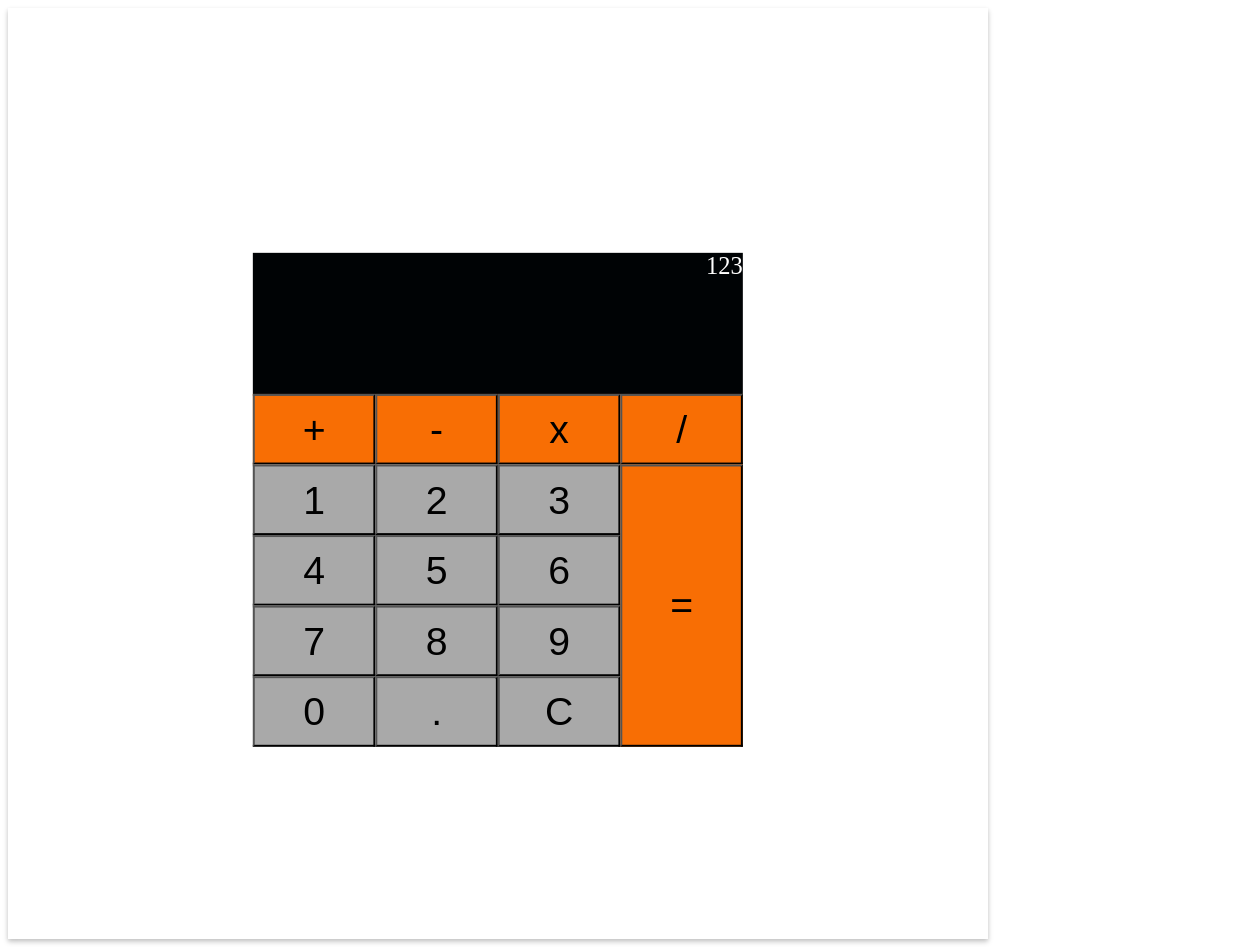
Repository: TEazy2433/LAB-calculator
Page: index.html
These files come from the project's save history. The page is drawn as it stood at one moment and after the next save; the edit follows.
The browser window is 1280 px wide. The pictures show the whole page, at 98% of full size.

Above is the page before, as saved 2023-10-14 11:50:23.

After the next save:
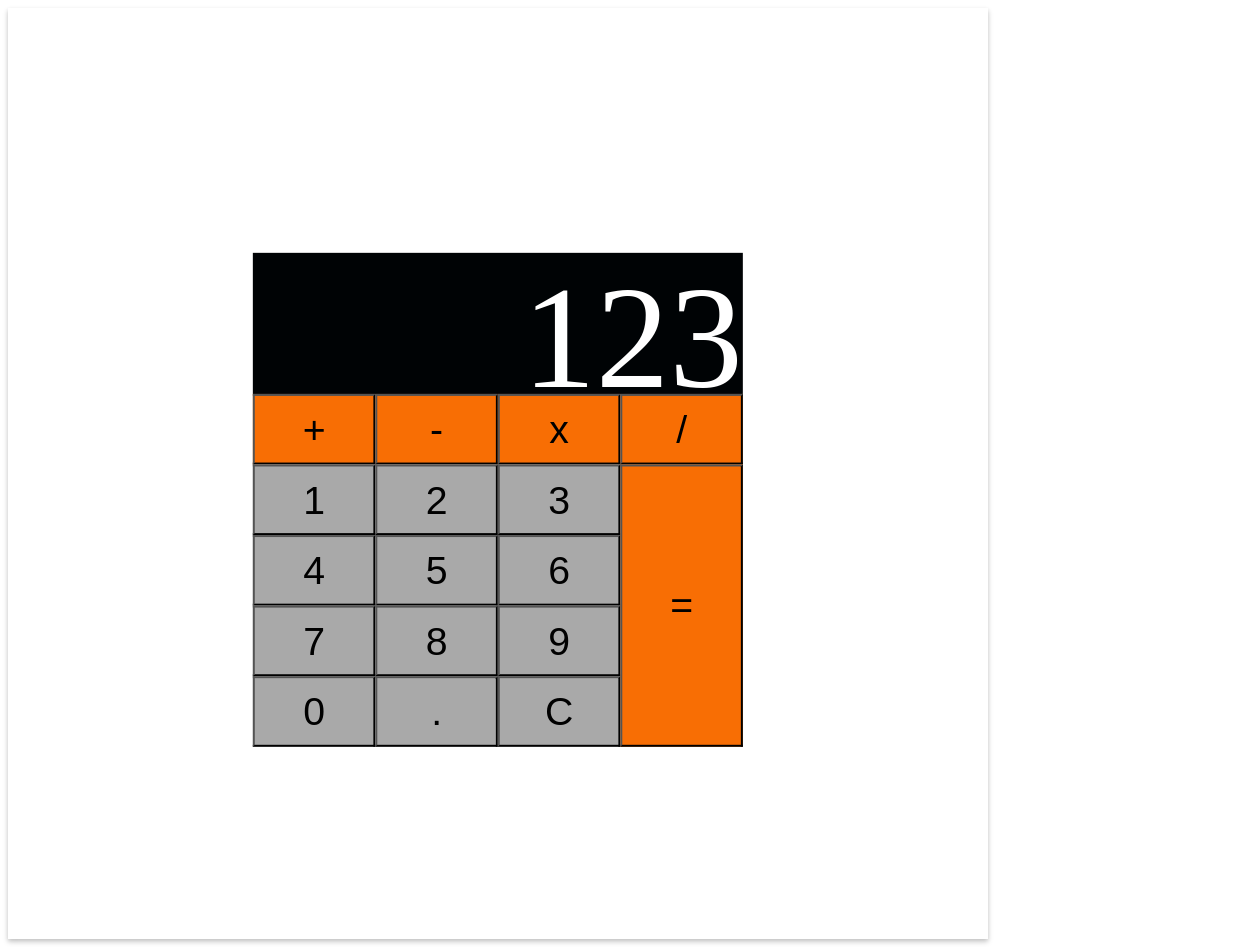
Saved 9 s later.
--- a/main.css
+++ b/main.css
@@ -9,7 +9,7 @@
   height: 450px;
 }
 .display{
-  font-size: 25px;
+  font-size: 150px;
   text-align: end;
   background: hsl(210, 100%, 1%);
   color: hsl(255, 100%, 100%);
